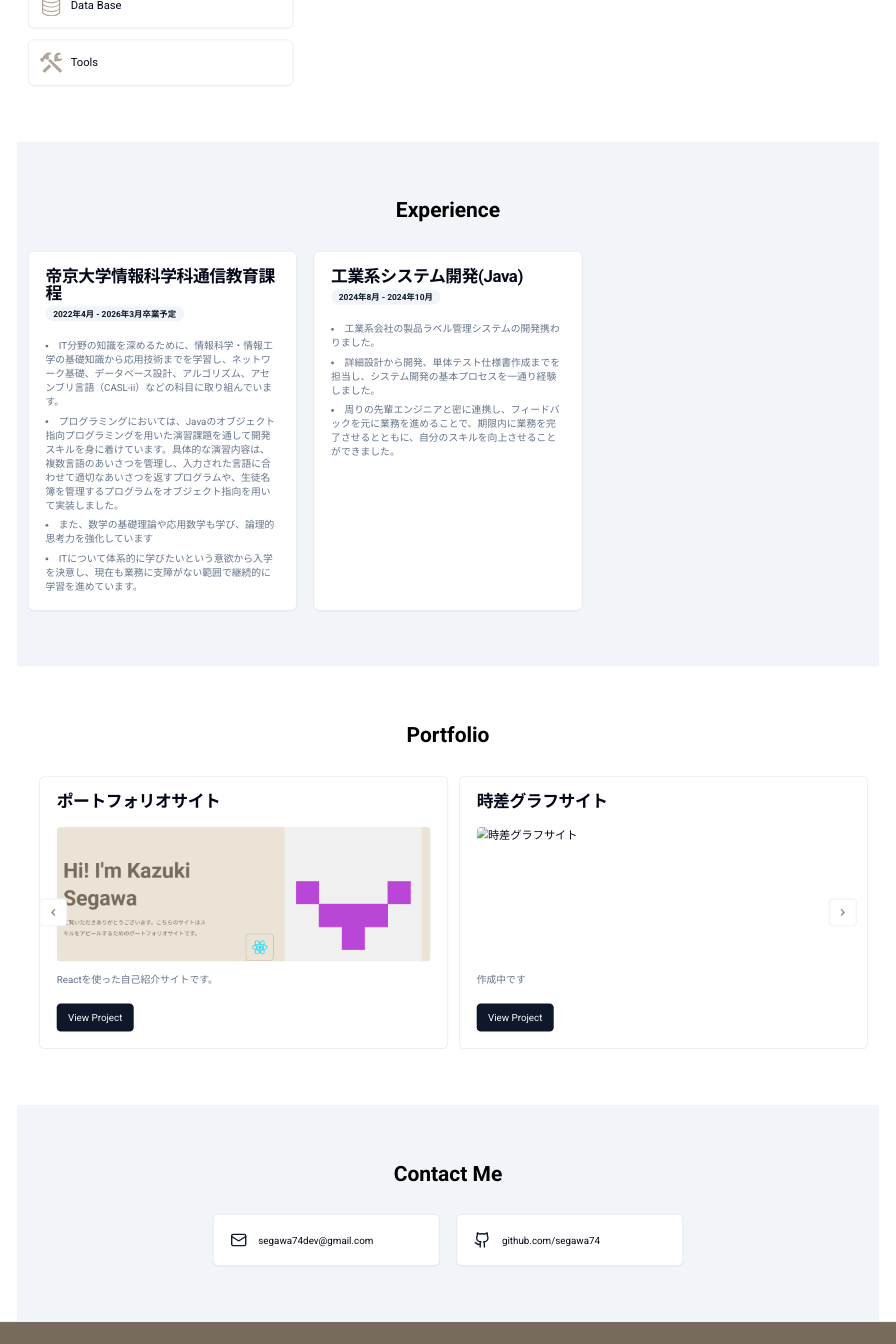
Repository: segawa74/SegawaSite
Page: /
These files come from the project's save history. The page is drawn as it stood at one moment and after the next save; the edit follows.
The browser window is 1280 px wide. The pictures show the part of the page from y = 939 to 2859 px (the page is 2859 px tall before and 2827 px after), at 70% of full size.
The project was rebuilt for these pictures with package versions that can differ from the ones it lists, and the page was loaded fresh each time. Also part of the build but not shown: vite.config.ts.

Above is the page before, as saved 2024-10-24 10:13:12.

### index.html
<!DOCTYPE html>
<html lang="en">
  <head>
    <meta charset="UTF-8" />
    <link rel="icon" type="image/svg+xml" href="/vite.svg" />
    <link
      href="https://fonts.googleapis.com/css2?family=Roboto:wght@400;700&family=Noto+Sans+JP:wght@400;700&display=swap"
      rel="stylesheet"
    />

    <meta name="viewport" content="width=device-width, initial-scale=1.0" />
    <title>Segawa Site</title>
  </head>
  <body>
    <div id="root"></div>
    <script type="module" src="/src/main.tsx"></script>
  </body>
</html>

### src/main.tsx
import { StrictMode } from "react";
import { createRoot } from "react-dom/client";
import App from "./App.js";
import "./index.css";
import "slick-carousel/slick/slick.css";
import "slick-carousel/slick/slick-theme.css";

const rootElement = document.getElementById("root");

if (rootElement) {
  createRoot(rootElement).render(
    <StrictMode>
      <App />
    </StrictMode>
  );
} else {
  console.error("Root element not found");
}

### src/App.tsx
import "./App.css";
import Hero from "./components/Hero/Hero";
import Navbar from "./components/Navbar/Navbar";
import Skills from "./components/Skills/Skills";
import Experience from "./components/Experience/Experience";
import Portfolio from "./components/Portfolio/Portfolio";
import ContactMe from "./components/ContactMe/ContactMe";
import Footer from "./components/Footer/Footer";

function App() {
  return (
    <>
      <Navbar />
      <div className="container">
        <Hero />
        <Skills />
        <Experience />
        <Portfolio />
        <ContactMe />
      </div>
      <Footer />
    </>
  );
}

export default App;

### src/index.css
@import url("https://fonts.googleapis.com/css2?family=Material+Symbols+Outlined");

@tailwind base;
@tailwind components;
@tailwind utilities;

* {
  font-family: Roboto, 'Noto Sans JP', sans-serif;
  margin: 0;
  box-sizing: border-box;
}

body {

  color: #000000;
  background-color: #ffffff;
}

@layer base {
  :root {
    --background: 0 0% 100%;
    --foreground: 222.2 84% 4.9%;
    --card: 0 0% 100%;
    --card-foreground: 222.2 84% 4.9%;
    --popover: 0 0% 100%;
    --popover-foreground: 222.2 84% 4.9%;
    --primary: 222.2 47.4% 11.2%;
    --primary-foreground: 210 40% 98%;
    --secondary: 210 40% 96.1%;
    --secondary-foreground: 222.2 47.4% 11.2%;
    --muted: 210 40% 96.1%;
    --muted-foreground: 215.4 16.3% 46.9%;
    --accent: 210 40% 96.1%;
    --accent-foreground: 222.2 47.4% 11.2%;
    --destructive: 0 84.2% 60.2%;
    --destructive-foreground: 210 40% 98%;
    --border: 214.3 31.8% 91.4%;
    --input: 214.3 31.8% 91.4%;
    --ring: 222.2 84% 4.9%;
    --chart-1: 12 76% 61%;
    --chart-2: 173 58% 39%;
    --chart-3: 197 37% 24%;
    --chart-4: 43 74% 66%;
    --chart-5: 27 87% 67%;
    --radius: 0.5rem;
  }

  .dark {
    --background: 222.2 84% 4.9%;
    --foreground: 210 40% 98%;
    --card: 222.2 84% 4.9%;
    --card-foreground: 210 40% 98%;
    --popover: 222.2 84% 4.9%;
    --popover-foreground: 210 40% 98%;
    --primary: 210 40% 98%;
    --primary-foreground: 222.2 47.4% 11.2%;
    --secondary: 217.2 32.6% 17.5%;
    --secondary-foreground: 210 40% 98%;
    --muted: 217.2 32.6% 17.5%;
    --muted-foreground: 215 20.2% 65.1%;
    --accent: 217.2 32.6% 17.5%;
    --accent-foreground: 210 40% 98%;
    --destructive: 0 62.8% 30.6%;
    --destructive-foreground: 210 40% 98%;
    --border: 217.2 32.6% 17.5%;
    --input: 217.2 32.6% 17.5%;
    --ring: 212.7 26.8% 83.9%;
    --chart-1: 220 70% 50%;
    --chart-2: 160 60% 45%;
    --chart-3: 30 80% 55%;
    --chart-4: 280 65% 60%;
    --chart-5: 340 75% 55%;
  }
}

@layer base {
  * {
    @apply border-border;
  }

  body {
    @apply bg-background text-foreground;
  }
}

### src/App.css
.container {
  max-width: 1300px !important;
  margin: 0 auto;
  position: relative;
}

@media (max-width: 1300px) {
  .container {
    padding: 0 1.5rem;
  }
}

@media (max-width: 1380px) {
  .container {
    padding: 0 1.5rem;
  }
}

### src/components/Hero/Hero.tsx
import { Button } from "@/components/ui/button";
import { motion } from "framer-motion";

const techIcons = [
  { src: "/assets/images/img01.png", alt: "Technology 1" },
  { src: "/assets/images/img02.png", alt: "Technology 2" },
  { src: "/assets/images/img03.png", alt: "Technology 3" },
  { src: "/assets/images/img04.png", alt: "Technology 4" },
];

const Hero: React.FC = () => {
  return (
    <section id="hero" className="py-20 md:py-32 bg-background">
      <div className="container mx-auto px-4 flex flex-col md:flex-row items-center justify-between">
        <motion.div
          initial={{ opacity: 0, y: 20 }}
          animate={{ opacity: 1, y: 0 }}
          transition={{ duration: 0.5 }}
          className="md:w-1/2 mb-10 md:mb-0"
        >
          <h1 className="text-4xl md:text-5xl font-bold mb-4 text-foreground">
            Hi! I&apos;m Kazuki Segawa
          </h1>
          <p className="text-lg mb-6 text-muted-foreground">
            ご覧いただきありがとうございます。こちらのサイトはスキルをアピールするためのポートフォリオサイトです。
          </p>
          <Button asChild>
            <a href="#contact">お問い合わせ</a>
          </Button>
        </motion.div>

        <motion.div
          initial={{ opacity: 0, scale: 0.9 }}
          animate={{ opacity: 1, scale: 1 }}
          transition={{ duration: 0.5 }}
          className="md:w-1/2 flex flex-col items-center"
        >
          <div className="relative mb-8">
            <img
              src="/assets/images/identicon.png"
              alt="Kazuki Segawa"
              className="w-48 h-48 rounded-full shadow-lg"
            />
          </div>
          <div className="grid grid-cols-4 gap-4">
            {techIcons.map((icon, index) => (
              <motion.div
                key={index}
                initial={{ opacity: 0, y: 20 }}
                animate={{ opacity: 1, y: 0 }}
                transition={{ duration: 0.5, delay: index * 0.1 }}
              >
                <img
                  src={icon.src}
                  alt={icon.alt}
                  className="w-12 h-12 object-contain"
                />
              </motion.div>
            ))}
          </div>
        </motion.div>
      </div>
    </section>
  );
};

export default Hero;

### src/components/Navbar/Navbar.tsx
"use client";

import * as React from "react";
import { Link } from "react-scroll";
import { Menu } from "lucide-react";
import { Button } from "@/components/ui/button";
import { Sheet, SheetContent, SheetTrigger } from "@/components/ui/sheet";
import { cn } from "@/lib/utils";

const menuItems = [
  { name: "Home", to: "hero", offset: -80 },
  { name: "Skills", to: "skills", offset: -120 },
  { name: "Experience", to: "exp", offset: -100 },
  { name: "Portfolio", to: "pf", offset: -100 },
  { name: "Contact Me", to: "contact-me", offset: -100 },
];

export function NavBar() {
  const [activeSection, setActiveSection] = React.useState("");

  const handleSetActive = (to: string) => {
    setActiveSection(to);
  };

  return (
    <nav className="sticky top-0 z-30 w-full backdrop-blur-sm bg-background/80 border-b border-border">
      <div className="container flex h-16 items-center justify-between">
        <div className="flex items-center space-x-4">
          {menuItems.map((item) => (
            <Link
              key={item.to}
              activeClass="text-primary font-semibold"
              to={item.to}
              spy={true}
              smooth={true}
              offset={item.offset}
              onSetActive={() => handleSetActive(item.to)}
              className={cn(
                "text-sm font-medium transition-colors hover:text-primary",
                activeSection === item.to
                  ? "text-primary font-semibold"
                  : "text-muted-foreground"
              )}
            >
              {item.name}
            </Link>
          ))}
        </div>
        <Sheet>
          <SheetTrigger asChild>
            <Button variant="outline" size="icon" className="md:hidden">
              <Menu className="h-5 w-5" />
              <span className="sr-only">Toggle menu</span>
            </Button>
          </SheetTrigger>
          <SheetContent side="right">
            <MobileNav />
          </SheetContent>
        </Sheet>
      </div>
    </nav>
  );
}

function MobileNav() {
  return (
    <div className="flex flex-col space-y-4 mt-4">
      {menuItems.map((item) => (
        <Link
          key={item.to}
          to={item.to}
          spy={true}
          smooth={true}
          offset={item.offset}
          className="text-sm font-medium transition-colors hover:text-primary"
        >
          {item.name}
        </Link>
      ))}
    </div>
  );
}

export default NavBar;

### src/components/Experience/Experience.tsx
import { EXPERIENCE } from "../../utils/data";
import ExperienceCard from "./ExperienceCard/ExperienceCard";

const Experience: React.FC = () => {
  return (
    <section id="exp" className="py-20 bg-muted">
      <div className="container mx-auto px-4">
        <h2 className="text-3xl font-bold text-center mb-10">Experience</h2>
        <div className="grid gap-6 md:grid-cols-2 lg:grid-cols-3">
          {EXPERIENCE.map((item, index) => (
            <ExperienceCard key={index} details={item} />
          ))}
        </div>
      </div>
    </section>
  );
};

export default Experience;

### src/components/Portfolio/Portfolio.tsx
import * as React from "react";
import {
  Card,
  CardContent,
  CardFooter,
  CardHeader,
  CardTitle,
} from "@/components/ui/card";
import { Button } from "@/components/ui/button";
import { ChevronLeft, ChevronRight } from "lucide-react";
import useEmblaCarousel from "embla-carousel-react";
import { PORTFOLIO } from "../../utils/data";

interface PortfolioItem {
  title: string;
  link: string;
  img: string;
  comment?: string;
}

const Portfolio = () => {
  const [emblaRef, emblaApi] = useEmblaCarousel({ loop: false });

  const scrollPrev = React.useCallback(() => {
    if (emblaApi) emblaApi.scrollPrev();
  }, [emblaApi]);

  const scrollNext = React.useCallback(() => {
    if (emblaApi) emblaApi.scrollNext();
  }, [emblaApi]);

  return (
    <section id="pf" className="py-20 bg-background">
      <div className="container mx-auto px-4">
        <h2 className="text-3xl font-bold text-center mb-10">Portfolio</h2>
        <div className="relative">
          <div className="overflow-hidden" ref={emblaRef}>
            <div className="flex">
              {PORTFOLIO.map((item, index) => (
                <div
                  key={index}
                  className="flex-[0_0_100%] min-w-0 pl-4 md:flex-[0_0_50%]"
                >
                  <PortfolioCard details={item} />
                </div>
              ))}
            </div>
          </div>
          <Button
            variant="outline"
            size="icon"
            className="absolute top-1/2 left-4 -translate-y-1/2"
            onClick={scrollPrev}
          >
            <ChevronLeft className="h-4 w-4" />
          </Button>
          <Button
            variant="outline"
            size="icon"
            className="absolute top-1/2 right-4 -translate-y-1/2"
            onClick={scrollNext}
          >
            <ChevronRight className="h-4 w-4" />
          </Button>
        </div>
      </div>
    </section>
  );
};

function PortfolioCard({ details }: { details: PortfolioItem }) {
  return (
    <Card className="h-full">
      <CardHeader>
        <CardTitle>{details.title}</CardTitle>
      </CardHeader>
      <CardContent>
        <img
          src={details.img}
          alt={details.title}
          className="w-full h-48 object-cover rounded-md"
        />
        {details.comment && (
          <p className="mt-4 text-sm text-muted-foreground">
            {details.comment}
          </p>
        )}
      </CardContent>
      <CardFooter>
        <Button asChild>
          <a href={details.link} target="_blank" rel="noopener noreferrer">
            View Project
          </a>
        </Button>
      </CardFooter>
    </Card>
  );
}
export default Portfolio;

### src/components/ContactMe/ContactMe.tsx
import React from "react";
import { Mail, Github } from "lucide-react";
import ContactInfoCard from "./ContactInfoCard/ContactInfoCard";

const ContactMe: React.FC = () => {
  return (
    <section id="contact-me" className="py-20 bg-muted">
      <div className="container mx-auto px-4">
        <h2 className="text-3xl font-bold text-center mb-10">Contact Me</h2>
        <div className="grid gap-6 md:grid-cols-2 max-w-2xl mx-auto">
          <ContactInfoCard
            icon={<Mail className="w-6 h-6" />}
            text="segawa74dev@gmail.com"
            href="mailto:segawa74dev@gmail.com"
          />
          <ContactInfoCard
            icon={<Github className="w-6 h-6" />}
            text="github.com/segawa74"
            href="https://github.com/segawa74"
          />
        </div>
      </div>
    </section>
  );
};

export default ContactMe;

### src/components/Footer/Footer.tsx
import "./Footer.css";

const Footer: React.FC = () => {
  return <div className="footer"></div>;
};

export default Footer;

### src/components/ui/button.tsx
import * as React from "react"
import { Slot } from "@radix-ui/react-slot"
import { cva, type VariantProps } from "class-variance-authority"

import { cn } from "@/lib/utils"

const buttonVariants = cva(
  "inline-flex items-center justify-center gap-2 whitespace-nowrap rounded-md text-sm font-medium ring-offset-background transition-colors focus-visible:outline-none focus-visible:ring-2 focus-visible:ring-ring focus-visible:ring-offset-2 disabled:pointer-events-none disabled:opacity-50 [&_svg]:pointer-events-none [&_svg]:size-4 [&_svg]:shrink-0",
  {
    variants: {
      variant: {
        default: "bg-primary text-primary-foreground hover:bg-primary/90",
        destructive:
          "bg-destructive text-destructive-foreground hover:bg-destructive/90",
        outline:
          "border border-input bg-background hover:bg-accent hover:text-accent-foreground",
        secondary:
          "bg-secondary text-secondary-foreground hover:bg-secondary/80",
        ghost: "hover:bg-accent hover:text-accent-foreground",
        link: "text-primary underline-offset-4 hover:underline",
      },
      size: {
        default: "h-10 px-4 py-2",
        sm: "h-9 rounded-md px-3",
        lg: "h-11 rounded-md px-8",
        icon: "h-10 w-10",
      },
    },
    defaultVariants: {
      variant: "default",
      size: "default",
    },
  }
)

export interface ButtonProps
  extends React.ButtonHTMLAttributes<HTMLButtonElement>,
    VariantProps<typeof buttonVariants> {
  asChild?: boolean
}

const Button = React.forwardRef<HTMLButtonElement, ButtonProps>(
  ({ className, variant, size, asChild = false, ...props }, ref) => {
    const Comp = asChild ? Slot : "button"
    return (
      <Comp
        className={cn(buttonVariants({ variant, size, className }))}
        ref={ref}
        {...props}
      />
    )
  }
)
Button.displayName = "Button"

export { Button, buttonVariants }

### src/components/ui/card.tsx
import * as React from "react"

import { cn } from "@/lib/utils"

const Card = React.forwardRef<
  HTMLDivElement,
  React.HTMLAttributes<HTMLDivElement>
>(({ className, ...props }, ref) => (
  <div
    ref={ref}
    className={cn(
      "rounded-lg border bg-card text-card-foreground shadow-sm",
      className
    )}
    {...props}
  />
))
Card.displayName = "Card"

const CardHeader = React.forwardRef<
  HTMLDivElement,
  React.HTMLAttributes<HTMLDivElement>
>(({ className, ...props }, ref) => (
  <div
    ref={ref}
    className={cn("flex flex-col space-y-1.5 p-6", className)}
    {...props}
  />
))
CardHeader.displayName = "CardHeader"

const CardTitle = React.forwardRef<
  HTMLParagraphElement,
  React.HTMLAttributes<HTMLHeadingElement>
>(({ className, ...props }, ref) => (
  <h3
    ref={ref}
    className={cn(
      "text-2xl font-semibold leading-none tracking-tight",
      className
    )}
    {...props}
  />
))
CardTitle.displayName = "CardTitle"

const CardDescription = React.forwardRef<
  HTMLParagraphElement,
  React.HTMLAttributes<HTMLParagraphElement>
>(({ className, ...props }, ref) => (
  <p
    ref={ref}
    className={cn("text-sm text-muted-foreground", className)}
    {...props}
  />
))
CardDescription.displayName = "CardDescription"

const CardContent = React.forwardRef<
  HTMLDivElement,
  React.HTMLAttributes<HTMLDivElement>
>(({ className, ...props }, ref) => (
  <div ref={ref} className={cn("p-6 pt-0", className)} {...props} />
))
CardContent.displayName = "CardContent"

const CardFooter = React.forwardRef<
  HTMLDivElement,
  React.HTMLAttributes<HTMLDivElement>
>(({ className, ...props }, ref) => (
  <div
    ref={ref}
    className={cn("flex items-center p-6 pt-0", className)}
    {...props}
  />
))
CardFooter.displayName = "CardFooter"

export { Card, CardHeader, CardFooter, CardTitle, CardDescription, CardContent }

### src/components/ui/badge.tsx
import * as React from "react"
import { cva, type VariantProps } from "class-variance-authority"

import { cn } from "@/lib/utils"

const badgeVariants = cva(
  "inline-flex items-center rounded-full border px-2.5 py-0.5 text-xs font-semibold transition-colors focus:outline-none focus:ring-2 focus:ring-ring focus:ring-offset-2",
  {
    variants: {
      variant: {
        default:
          "border-transparent bg-primary text-primary-foreground hover:bg-primary/80",
        secondary:
          "border-transparent bg-secondary text-secondary-foreground hover:bg-secondary/80",
        destructive:
          "border-transparent bg-destructive text-destructive-foreground hover:bg-destructive/80",
        outline: "text-foreground",
      },
    },
    defaultVariants: {
      variant: "default",
    },
  }
)

export interface BadgeProps
  extends React.HTMLAttributes<HTMLDivElement>,
    VariantProps<typeof badgeVariants> {}

function Badge({ className, variant, ...props }: BadgeProps) {
  return (
    <div className={cn(badgeVariants({ variant }), className)} {...props} />
  )
}

export { Badge, badgeVariants }

### src/utils/data.ts
interface Skill {
  skill: string;
  skillLevel: string;
  percentage: string;
}

interface SkillSection {
  title: string;
  icon: string;
  skills: Skill[];
}

interface Experience {
  title: string;
  date: string;
  responsibilities: string[];
}

interface PortfolioItem {
  title: string;
  link: string;
  img: string;
  comment?: string;
}

export const SKILLS: SkillSection[] = [
  {
    title: "Frontend",
    icon: "./assets/images/frontend-icon.svg",
    skills: [
      { skill: "HTML5", skillLevel: "Entry", percentage: "40%" },
      { skill: "CSS3", skillLevel: "Entry", percentage: "40%" },
      { skill: "JavaScript", skillLevel: "Entry", percentage: "40%" },
      { skill: "React.js", skillLevel: "Studying", percentage: "20%" },
    ],
  },
  {
    title: "Backend",
    icon: "./assets/images/backend-icon.svg",
    skills: [
      { skill: "Node.js", skillLevel: "Studying", percentage: "20%" },
      { skill: "Express.js", skillLevel: "Studying", percentage: "20%" },
      { skill: "Java", skillLevel: "Entry", percentage: "40%" },
    ],
  },
  {
    title: "Data Base",
    icon: "./assets/images/database-icon.svg",
    skills: [
      { skill: "PostgreSQL", skillLevel: "Entry", percentage: "40%" },
      { skill: "MongoDB", skillLevel: "Entry", percentage: "40%" },
      { skill: "Oracle", skillLevel: "Entry", percentage: "40%" },
    ],
  },
  {
    title: "Tools",
    icon: "./assets/images/tools-icon.svg",
    skills: [
      { skill: "Git & GitHub", skillLevel: "Studying", percentage: "20%" },
      { skill: "Visual Studio Code", skillLevel: "Entry", percentage: "40%" },
      { skill: "Eclipse", skillLevel: "Entry", percentage: "40%" },
    ],
  },
];

export const EXPERIENCE: Experience[] = [
  {
    title: "帝京大学情報科学科通信教育課程",
    date: "2022年4月 - 2026年3月卒業予定",
    responsibilities: [
      "IT分野の知識を深めるために、情報科学・情報工学の基礎知識から応用技術までを学習し、ネットワーク基礎、データベース設計、アルゴリズム、アセンブリ言語（CASL-ii）などの科目に取り組んでいます。",
      "プログラミングにおいては、Javaのオブジェクト指向プログラミングを用いた演習課題を通して開発スキルを身に着けています。具体的な演習内容は、複数言語のあいさつを管理し、入力された言語に合わせて適切なあいさつを返すプログラムや、生徒名簿を管理するプログラムをオブジェクト指向を用いて実装しました。",
      "また、数学の基礎理論や応用数学も学び、論理的思考力を強化しています",
      "ITについて体系的に学びたいという意欲から入学を決意し、現在も業務に支障がない範囲で継続的に学習を進めています。",
    ],
  },
  {
    title: "工業系システム開発(Java)",
    date: "2024年8月 - 2024年10月",
    responsibilities: [
      "工業系会社の製品ラベル管理システムの開発携わりました。",
      "詳細設計から開発、単体テスト仕様書作成までを担当し、システム開発の基本プロセスを一通り経験しました。",
      "周りの先輩エンジニアと密に連携し、フィードバックを元に業務を進めることで、期限内に業務を完了させるとともに、自分のスキルを向上させることができました。",
    ],
  },
];

export const PORTFOLIO: PortfolioItem[] = [
  {
    title: "ポートフォリオサイト",
    link: "#",
    img: "./assets/images/site-01.png",
    comment: "Reactを使った自己紹介サイトです。",
  },
  {
    title: "時差グラフサイト",
    link: "#",
    img: "#",
    comment: "作成中です",
  },
];

### src/components/Experience/ExperienceCard/ExperienceCard.tsx
import { Card, CardContent, CardHeader, CardTitle } from "@/components/ui/card";
import { Badge } from "@/components/ui/badge";

interface ExperienceDetails {
  title: string;
  date: string;
  responsibilities: string[];
}

const ExperienceCard: React.FC<{ details: ExperienceDetails }> = ({
  details,
}) => {
  return (
    <Card className="h-full">
      <CardHeader>
        <CardTitle>{details.title}</CardTitle>
        <Badge variant="secondary" className="w-fit">
          {details.date}
        </Badge>
      </CardHeader>
      <CardContent>
        <ul className="list-disc list-inside space-y-2">
          {details.responsibilities.map((item, index) => (
            <li key={index} className="text-sm text-muted-foreground">
              {item}
            </li>
          ))}
        </ul>
      </CardContent>
    </Card>
  );
};

export default ExperienceCard;

### src/components/ContactMe/ContactInfoCard/ContactInfoCard.tsx
import React from "react";
import { Card, CardContent } from "@/components/ui/card";

interface ContactInfoCardProps {
  icon: React.ReactNode;
  text: string;
  href: string;
}

const ContactInfoCard: React.FC<ContactInfoCardProps> = ({
  icon,
  text,
  href,
}) => {
  return (
    <Card>
      <CardContent className="flex items-center p-6">
        <div className="mr-4 text-primary">{icon}</div>
        <a
          href={href}
          target="_blank"
          rel="noopener noreferrer"
          className="text-sm hover:underline"
        >
          {text}
        </a>
      </CardContent>
    </Card>
  );
};

export default ContactInfoCard;

### src/components/Footer/Footer.css
.footer {
    font-size: 0.8rem;
    text-align: center;
    background: #776B5D;
    padding: 1rem;
}

Loaded but not shown: src/lib/utils.ts (common file); tailwind.config.js (57 lines, source omitted); src/components/ui/sheet.tsx (138 lines, source omitted); src/components/Skills/Skills.tsx (101 lines, source omitted)

After the next save:
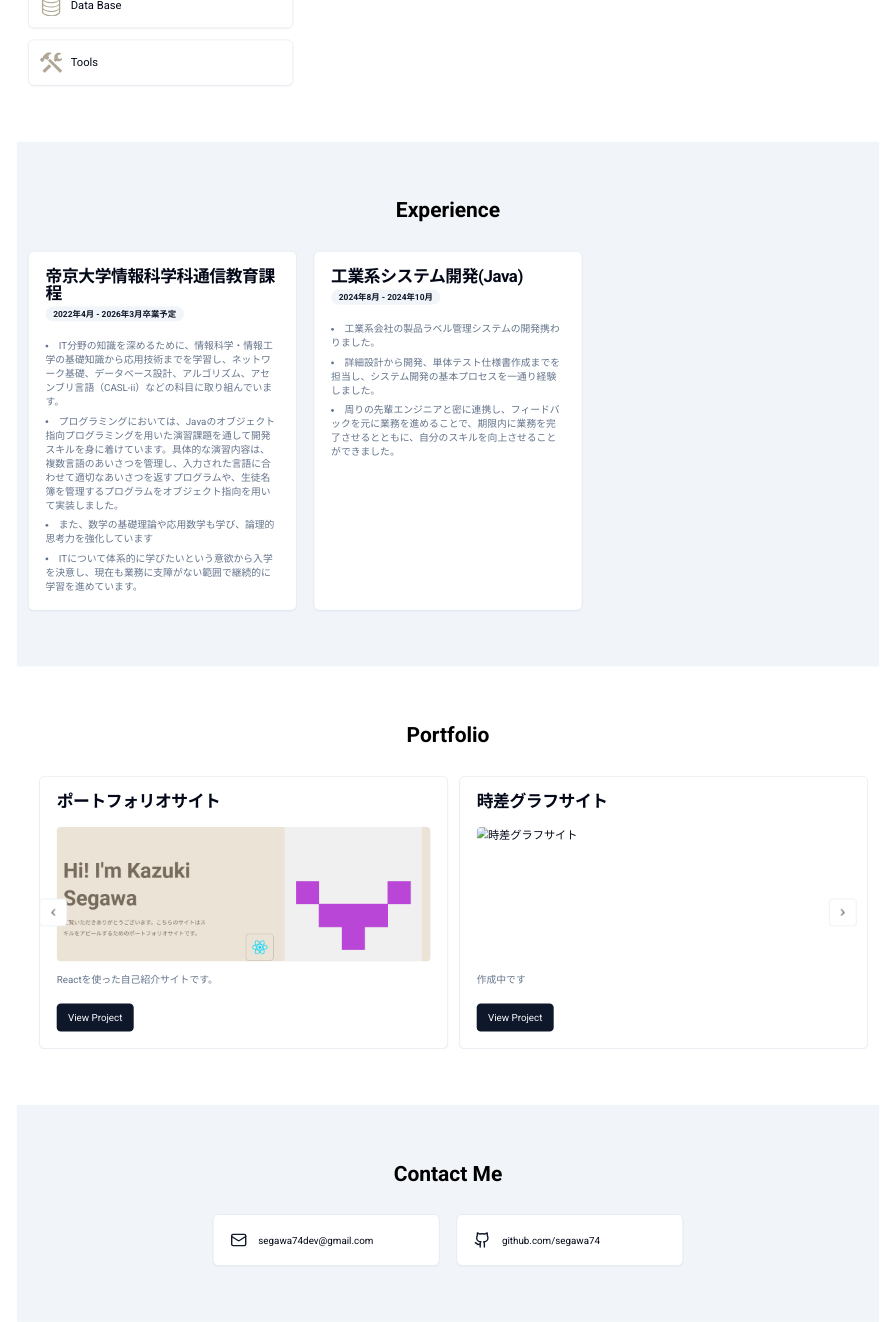
Saved 70 s later.
--- a/src/components/Footer/Footer.tsx
+++ b/src/components/Footer/Footer.tsx
@@ -1,5 +1,3 @@
-import "./Footer.css";
-
 const Footer: React.FC = () => {
   return <div className="footer"></div>;
 };
